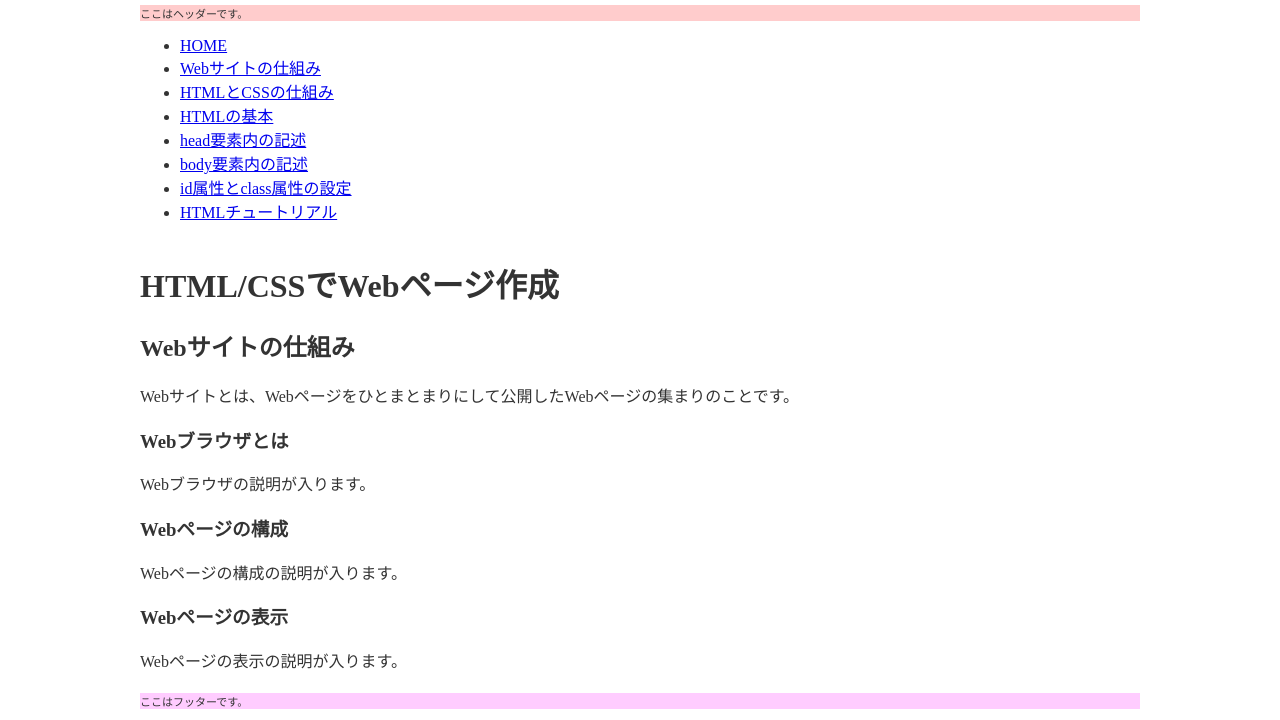
Repository: sugihiro1/test_laravel
Page: kadai_css/kadai_css.html
The author's editor kept a record of every edit. The page is drawn from the files as they stood at one moment, then again after the next edit.
The browser window is 1280 px wide. The pictures show the whole page.

Above is the page before.

After the next edit:
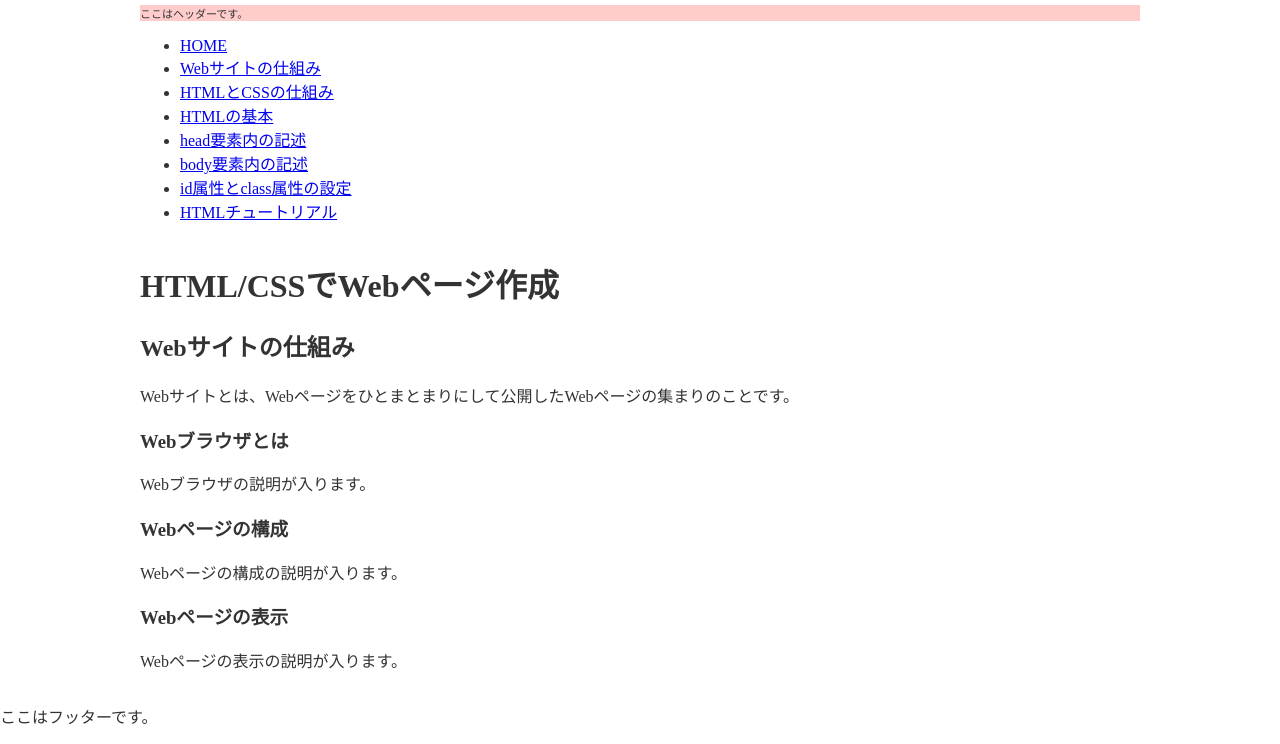
The edit:
--- a/kadai_css/kadai_css.css
+++ b/kadai_css/kadai_css.css
@@ -22,17 +22,6 @@
 }
 
 
-/* footer部分のcss設定 */
-footer {
-    width: 1000px;
-    margin: 0 auto;　/* マージン：四辺すべてに����用、中央揃え */
-}
-
-footer p {
-    margin: 5px 0 10px;  /* マージン：上 | 左右 | 下 | */
-    background-color: #ffccff;
-    font-size: 11px;
-}
 
 #wrapper {
     width: 1000px;

After the edit that followed:
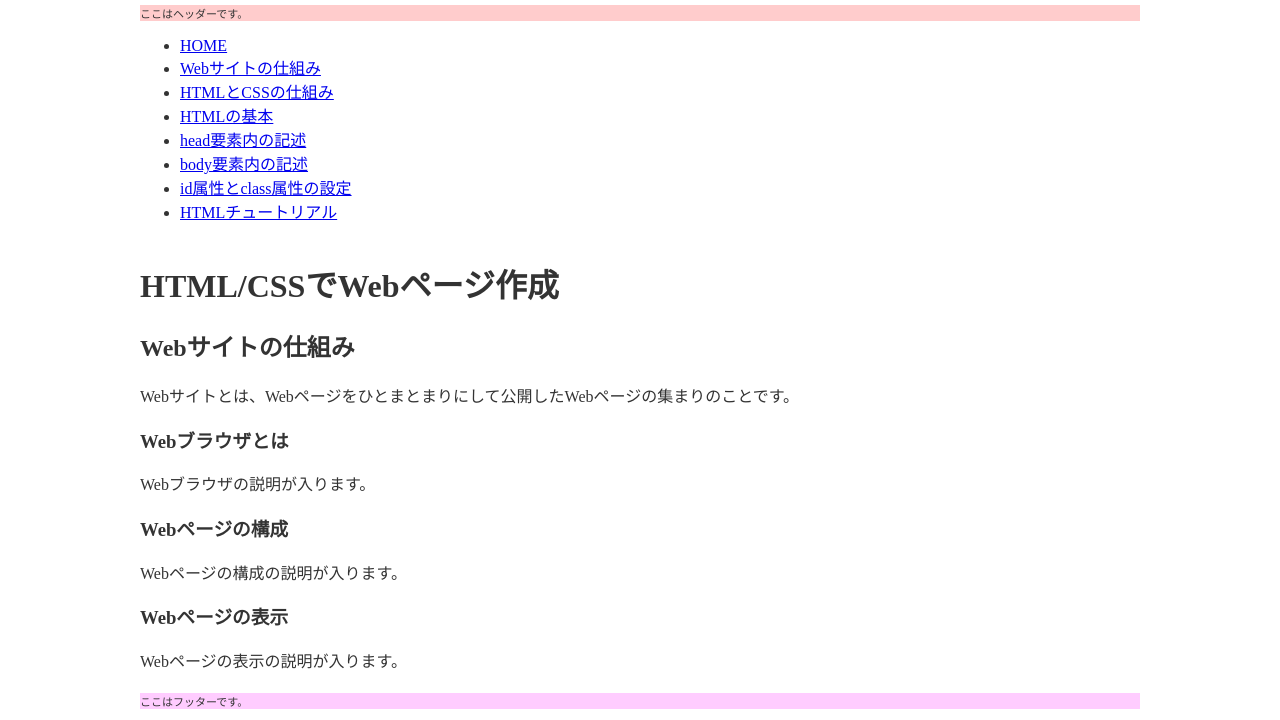
The edit:
--- a/kadai_css/kadai_css.css
+++ b/kadai_css/kadai_css.css
@@ -50,3 +50,16 @@
   overflow: hidden;
 }
 */
+
+
+/* footer部分のcss設定 */
+footer {
+    width: 1000px;
+    margin: 0 auto;　/* マージン：四辺すべてに適用、中央揃え */
+}
+
+footer p {
+    margin: 5px 0 10px;  /* マージン：上 | 左右 | 下 | */
+    background-color: #ffccff;
+    font-size: 11px;
+}
